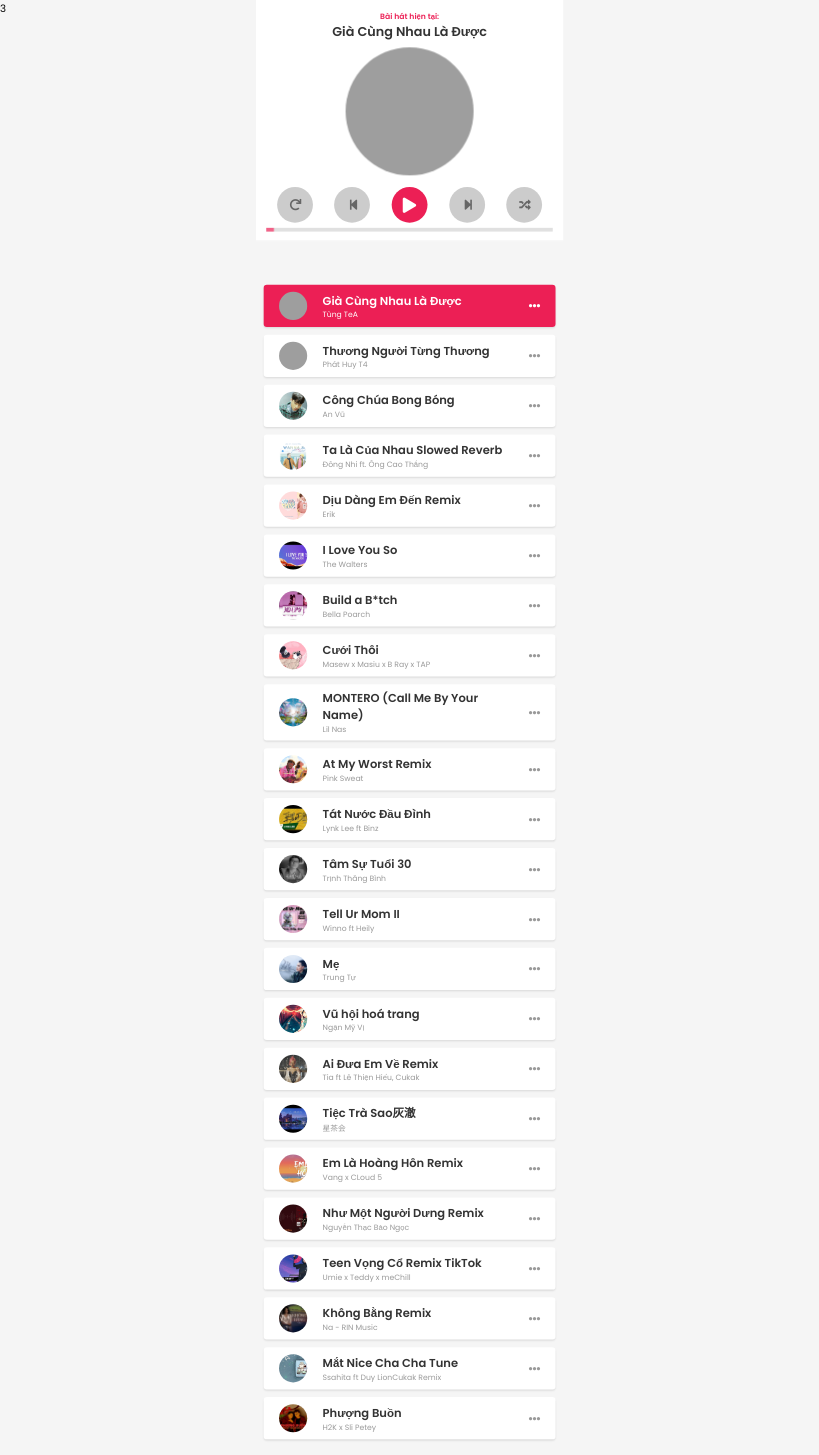
Repository: hopcodedao/music
Page: index.html
An editor plug-in stored every save of this project. The page is shown before and after the next save, followed by the edit.
The browser window is 1280 px wide. The pictures show the whole page, at 64% of full size.
Pictures or frames that could not be fetched are drawn as grey boxes.

Above is the page before, as saved 2022-09-06 21:29:54.
Console error: ReferenceError: _this is not defined

### index.html
3<!DOCTYPE html>
<html lang="en">
<head>
  <meta charset="UTF-8">
  <meta http-equiv="X-UA-Compatible" content="IE=edge">
  <meta name="viewport" content="width=device-width, initial-scale=1.0">
  <title>Hợp Music</title>
  <link rel="stylesheet" href="https://cdnjs.cloudflare.com/ajax/libs/font-awesome/5.15.2/css/all.min.css" integrity="sha512-HK5fgLBL+xu6dm/Ii3z4xhlSUyZgTT9tuc/hSrtw6uzJOvgRr2a9jyxxT1ely+B+xFAmJKVSTbpM/CuL7qxO8w==" crossorigin="anonymous" />
  <link rel="preconnect" href="https://fonts.gstatic.com">
  <link href="https://fonts.googleapis.com/css2?family=Poppins:wght@300;400;600&display=swap" rel="stylesheet">
  <link rel="stylesheet" href="./assets/css/ok.css">
  <link rel="icon" href="./assets/img/iconlogo.png" type="image/x-icon" sizes="192x192">
</head>
<body>

<div class="player">
  <!-- Dashboard -->
  <div class="dashboard">
    <!-- Header -->
    <header>
      <h4>Bài hát hiện tại:</h4>
      <h2>String 57th & 9th</h2>
    </header>

    <!-- CD -->
    <div class="cd">
      <div class="cd-thumb" style="background-image: url('https://i.ytimg.com/vi/jTLhQf5KJSc/maxresdefault.jpg')">
      </div>
    </div>

    <!-- Control -->
    <div class="control">
      <div class="btn btn-repeat">
        <i class="fas fa-redo"></i>
      </div>
      <div class="btn btn-prev">
        <i class="fas fa-step-backward"></i>
      </div>
      <div class="btn btn-toggle-play">
        <i class="fas fa-pause icon-pause"></i>
        <i class="fas fa-play icon-play"></i>
      </div>
      <div class="btn btn-next">
        <i class="fas fa-step-forward"></i>
      </div>
      <div class="btn btn-random">
        <i class="fas fa-random"></i>
      </div>
    </div>

    <input id="progress" class="progress" type="range" value="0" step="1" min="0" max="100">

    <audio id="audio" src=""></audio>
  </div>

  <!-- Playlist -->
  <div class="playlist">

</div>

<script src="app.js"></script>


</body>
</html>

### assets/css/ok.css
:root {
    --primary-color: #ec1f55;
    --text-color: #333;
  }

  * {
    padding: 0;
    margin: 0;
    box-sizing: inherit;
  }

  body {
    background-color: #f5f5f5;
  }

  html {
    box-sizing: border-box;
    font-family: "Poppins", sans-serif;
  }

  .player {
    position: relative;
    max-width: 480px;
    margin: 0 auto;
  }

  .player .icon-pause {
    display: none;
  }

  .player.playing .icon-pause {
    display: inline-block;
  }

  .player.playing .icon-play {
    display: none;
  }

  .dashboard {
    padding: 16px 16px 14px;
    background-color: #fff;
    position: fixed;
    top: 0;
    width: 100%;
    max-width: 480px;
    border-bottom: 1px solid #ebebeb;
  }

  /* HEADER */
  header {
    text-align: center;
    margin-bottom: 10px;
  }

  header h4 {
    color: var(--primary-color);
    font-size: 12px;
  }

  header h2 {
    color: var(--text-color);
    font-size: 20px;
  }

  /* CD */
  .cd {
    display: flex;
    margin: auto;
    width: 200px;
  }

  .cd-thumb {
    width: 100%;
    padding-top: 100%;
    border-radius: 50%;
    background-color: #333;
    background-size: cover;
    margin: auto;
  }

  /* CONTROL */
  .control {
    display: flex;
    align-items: center;
    justify-content: space-around;
    padding: 18px 0 8px 0;
  }

  .control .btn {
    color: #666;
    padding: 18px;
    font-size: 18px;
  }

  .control .btn.active {
    color: var(--primary-color);
  }

  .control .btn-toggle-play {
    width: 56px;
    height: 56px;
    border-radius: 50%;
    font-size: 24px;
    color: #fff;
    display: flex;
    align-items: center;
    justify-content: center;
    background-color: var(--primary-color);
  }

  .progress {
    width: 100%;
    -webkit-appearance: none;
    height: 6px;
    background: #d3d3d3;
    outline: none;
    opacity: 0.7;
    -webkit-transition: 0.2s;
    transition: opacity 0.2s;
  }

  .progress::-webkit-slider-thumb {
    -webkit-appearance: none;
    appearance: none;
    width: 12px;
    height: 6px;
    background-color: var(--primary-color);
    cursor: pointer;
  }

  /* PLAYLIST */
  .playlist {
    margin-top: 408px;
    padding: 12px;
  }

  .song {
    display: flex;
    align-items: center;
    margin-bottom: 12px;
    background-color: #fff;
    padding: 8px 16px;
    border-radius: 5px;
    box-shadow: 0 2px 3px rgba(0, 0, 0, 0.1);
  }

  .song.active {
    background-color: var(--primary-color);
  }

  .song:active {
    opacity: 0.8;
  }

  .song.active .option,
  .song.active .author,
  .song.active .title {
    color: #fff;
  }

  .song .thumb {
    width: 44px;
    height: 44px;
    border-radius: 50%;
    background-size: cover;
    margin: 0 8px;
  }

  .song .body {
    flex: 1;
    padding: 0 16px;
  }

  .song .title {
    font-size: 18px;
    color: var(--text-color);
  }

  .song .author {
    font-size: 12px;
    color: #999;
  }

  .song .option {
    padding: 16px 8px;
    color: #999;
    font-size: 18px;
  }
  .btn.btn-repeat,
  .btn.btn-prev,
  .btn.btn-next,
  .btn.btn-random{
      background-color:#ccc;
    border-radius: 50%;
    width: 56px;
    height: 56px;
    display: flex;
    align-items: center;
    justify-content: flex-end;
  }
  .btn.btn-repeat:hover,
  .btn.btn-prev:hover,
  .btn.btn-next:hover,
  .btn.btn-random:hover
  {
    cursor: pointer;
    background-color:rgb(199, 196, 196);
    border-radius: 50%;
  }

  .btn.btn-toggle-play:hover{
      cursor: pointer;
  }

  .song:hover{
      cursor: pointer;
  }

### app.js
const $ =document.querySelector.bind(document)
const $$ =document.querySelectorAll.bind(document)
const PLAYER_STORAGE_KEY ='MINH_QUAN'

const heading = $('header h2')
const cdThumb = $('.cd-thumb')
const audio = $('#audio')
const cd = $('.cd')
const playBtn = $('.btn-toggle-play')
const player = $('.player')
const progress = $('#progress')
const nextBtn = $('.btn-next')
const prevBtn = $('.btn-prev')
const randomBtn = $('.btn-random')
const repeatBtn = $('.btn-repeat')
const playlist = $('.playlist')

const app = {
    currentIndex: 0,
    isPlaying: false,
    isRandom:false,
    isRepeat:false,
    config: JSON.parse(localStorage.getItem('PLAYER_STORAGE_KEY')) || {},
    songs : [
        {
            name: 'Già Cùng Nhau Là Được',
            singer: 'Tùng TeA',
            path: './assets/songs/Già Cùng Nhau Là Được.mp3',
            image: './assets/img/gcnld.jpg'
        },
        {
            name: 'Thương Người Từng Thương',
            singer: 'Phát Huy T4',
            path: './assets/songs/Thương Người Từng Thương.mp3',
            image: './assets/img/tnkt.jpg'
        },
        {
            name: 'Công Chúa Bong Bóng',
            singer: 'An Vũ',
            path: './assets/songs/Công Chúa Bong Bóng.mp3',
            image: './assets/img/anvu.jpg'
        },
        {
            name: 'Ta Là Của Nhau Slowed Reverb',
            singer: 'Đông Nhi ft. Ông Cao Thắng',
            path: './assets/songs/Ta Là Của Nhau Slowed Reverb.mp3',
            image: './assets/img/talacuanhau.jpg'
        },
        {
            name: 'Dịu Dàng Em Đến Remix',
            singer: 'Erik',
            path: './assets/songs/Dịu Dàng Em Đến  ERIKCukak Remix.mp3',
            image: './assets/img/diudangngayemden.jpg'
        },
        {
            name: 'I Love You So',
            singer: 'The Walters',
            path: './assets/songs/I Love You So .mp3',
            image: './assets/img/0.jpg'
        },
        {
            name: 'Build a B*tch',
            singer: ' Bella Poarch',
            path: './assets/songs/y2mate.com - Build a Btch  Bella Poarch Lyrics  Vietsub .mp3',
            image: './assets/img/buildabitch.jpg'
        },
        {
            name: ' Cưới Thôi',
            singer: 'Masew x Masiu x B Ray x TAP',
            path: './assets/songs/y2mate.com - Cưới Thôi  Masew x Masiu x B Ray x TAP  Lyrics Audio .mp3',
            image: './assets/img/cuoithoi.jpg'
        },
        {
            name: 'MONTERO (Call Me By Your Name) ',
            singer: 'Lil Nas',
            path: './assets/songs/y2mate.com - Lil Nas X  MONTERO Call Me By Your Name Lyrics.mp3',
            image: './assets/img/montero.jpg'
        },
        {
            name: ' At My Worst Remix',
            singer: 'Pink Sweat',
            path: './assets/songs/y2mate.com - Pink Sweat  At My Worst Remix Lyrics Ft Kehlani.mp3',
            image: './assets/img/atmyworst.jpg'
        },
        {
            name: 'Tát Nước Đầu Đình',
            singer: 'Lynk Lee ft Binz',
            path: './assets/songs/y2mate.com - Tát Nước Đầu Đình  Lynk Lee ftBinz Cowvy Mix.mp3',
            image: './assets/img/tatnuocdaudinh.jpg'
        },
        {
            name: ' Tâm Sự Tuổi 30',
            singer: 'Trịnh Thăng Bình',
            path: './assets/songs/y2mate.com - TÂM SỰ TUỔI 30  TRỊNH THĂNG BÌNH  OST ÔNG NGOẠI TUỔI 30.mp3',
            image: './assets/img/tamuuoi30.jpg'
        },
        {
            name: ' Tell Ur Mom II',
            singer: 'Winno ft Heily',
            path: './assets/songs/y2mate.com - Tell Ur Mom II  Winno ft HeilyCukak Remix Audio Lyrics Video.mp3',
            image: './assets/img/tell.jpg'
        },
        {
            name: 'Mẹ',
            singer: 'Trung Tự',
            path: './assets/songs/y2mate.com - Trung Tự  Mẹ  Xa Nhà  BFF Remix Lofi Ver    Dự Án Lofi 02 .mp3',
            image: './assets/img/me.jpg'
        },
        {
            name: 'Vũ hội hoá trang',
            singer: ' Ngận Mỹ Vị',
            path: './assets/songs/y2mate.com - Vietsub Vũ hội hoá trang  Ngận Mỹ Vị   假面舞会  很美味.mp3',
            image: './assets/img/vuhoihoatrang.jpg'
        },
        {
            name: 'Ai Đưa Em Về Remix',
            singer: 'Tia ft Lê Thiện Hiếu, Cukak ',
            path: './assets/songs/y2mate.com - Ai Đưa Em Về  Tia ft Lê Thiện HiếuCukak Remix Audio Lyrics Video.mp3',
            image: './assets/img/aiduaemve.jpg'
        },
        {
            name: 'Tiệc Trà Sao灰澈',
            singer: '星茶会',
            path: './assets/songs/y2mate.com - 星茶会  Tiệc Trà Sao灰澈  Nhạc Douyin.mp3',
            image: './assets/img/tiệctrasao.jpg'
        },
        {
            name: 'Em Là Hoàng Hôn Remix',
            singer: 'Vang x CLoud 5',
            path: './assets/songs/y2mate.com - Em Là Hoàng Hôn Frexs Remix  Vang x CLoud 5  Má Của Em Tựa Hồng Cành Thắm Remix.mp3',
            image: './assets/img/emlahoanghon.jpg'
        },
        {
            name: 'Như Một Người Dưng Remix ',
            singer: 'Nguyễn Thạc Bảo Ngọc',
            path: './assets/songs/y2mate.com - Như Một Người Dưng Remix  từng ngày em vẫn bên anh thế nhưng anh vương vấn điều gì Hot TikTok 2021.mp3',
            image: './assets/img/nhumotnguoidung.jpg'
        },
        {
            name: 'Teen Vọng Cổ Remix TikTok',
            singer: 'Umie x Teddy x meChill',
            path: './assets/songs/y2mate.com - Teen Vọng Cổ Remix TikTok Umie x Teddy x meChill.mp3',
            image: './assets/img/teenvongco.jpg'
        },
        {
            name: 'Không Bằng Remix ',
            singer: 'Na - RIN Music',
            path: './assets/songs/y2mate.com - Nói Với Em Một Lời Trước Khi Xa Rời  Không Bằng RIN Music Remix  Na.mp3',
            image: './assets/img/khongbang.jpg'
        },
        {
            name: 'Mắt Nice Cha Cha Tune ',
            singer: ' Ssahita ft Duy LionCukak Remix',
            path: './assets/songs/y2mate.com - Mắt Nice Cha Cha Tune  Ssahita ft Duy LionCukak Remix Audio Lyrics Video.mp3',
            image: './assets/img/matnai.jpg'
        },
        {
            name: ' Phượng Buồn',
            singer: 'H2K x Sli Petey',
            path: './assets/songs/y2mate.com - Phượng Buồn  H2K x Sli Petey by H2K  VN MIXCLOUD.mp3',
            image: './assets/img/phuongbuon.jpg'
        },
            ],
    setConfig: function (key, value) {
        this.config[key] = value;
        localStorage.setItem(PLAYER_STORAGE_KEY, JSON.stringify(this.config))
    },
    render: function () {
        const htmls = this.songs.map((song, index) => {
            return `
            <div class="song ${index === this.currentIndex ? 'active' : ''}" data-index="${index}">
                <div class="thumb" style="background-image: url('${song.image}')">
                </div>
                <div class="body">
                    <h3 class="title">${song.name}</h3>
                    <p class="author">${song.singer}</p>
                </div>
                <div class="option">
                    <i class="fas fa-ellipsis-h"></i>
                </div>
            </div>
            `
        })
        $('.playlist').innerHTML = htmls.join('')
    },
    defineProperties:function () {
        Object.defineProperty(this, 'currentSong',{
            get: function () {
                return this.songs[this.currentIndex]
            }
        })
    },
    handleEvents: function () {
        const _this = this
        const cdWidth = cd.offsetWidth

        //Xử lý CD quay / dừng
        const cdThumbAnimate = cdThumb.animate([
            {transform: 'rotate(360deg)'}
        ],{
            duration: 10000, //10s
            iterations: Infinity
        })
        cdThumbAnimate.pause()

        //Xử lý phóng to / thu nhỏ CD
        document.onscroll = function () {
            const scrollTop = window.scrollY
            const newCdWidth = cdWidth - scrollTop

            cd.style.width = newCdWidth > 0 ? newCdWidth + 'px' : 0
            cd.style.opacity = newCdWidth / cdWidth

        }

        //Xử lý khi click play
        playBtn.onclick = function() {
            if(_this.isPlaying) {
                audio.pause()
            }else{
                audio.play()
            }
        }

        //Khi song play
        audio.onplay = function () {
            _this.isPlaying = true
            player.classList.add('playing')
            cdThumbAnimate.play()
        }

        //Khi song pause
        audio.onpause = function () {
            _this.isPlaying = false
            player.classList.remove('playing')
            cdThumbAnimate.pause()
        }

        //Khi tiến độ bài hát thay đổi
        audio.ontimeupdate = function () {
            if(audio.duration){
                const progressPercent = Math.floor(audio.currentTime / audio.duration *100)
                progress.value = progressPercent
            }
        }

        //Khi tua song
        progress.onchange = function (e) {
            const seekTime = audio.duration / 100 * e.target.value
            audio.currentTime = seekTime
        }

        //Khi next song
        nextBtn.onclick = function () {
            if (_this.isRandom) {
                _this.playRandomSong()
            } else {
                _this.nextSong()
            }
            audio.play()
            _this.render()
            _this.scrollToActiveSong()
        }
        //Khi prev song
        prevBtn.onclick = function () {
            if (_this.isRandom) {
                _this.playRandomSong()
            } else {
                _this.prevSong()
            }
            audio.play()
            _this.render()
            _this.scrollToActiveSong()
        }
        //Khi random bài hát
        randomBtn.onclick = function () {
            _this.isRandom = !_this.isRandom
            _this.setConfig('isRandom', _this.isRandom)
            randomBtn.classList.toggle('active', _this.isRandom)
        }

        //Phát lại 1 bài hát
        repeatBtn.onclick = function () {
            _this.isRepeat = !_this.isRepeat
            _this.setConfig('isRepeat', _this.isRepeat)
            repeatBtn.classList.toggle('active', _this.isRepeat)
        }

        //Xử lý next song song khi audio ended
        audio.onended = function () {
            if (_this.isRepeat){
                audio.play()
            } else {
                nextBtn.click()
            }
        }
        //Lắng nghe hành vi click vào play list
        playlist.onclick = function (e) {
            const songNode = e.target.closest('.song:not(.active)')
            if(songNode || e.target.closest('.option')) {
                //Xử lý khi click vào song
                 {if (songNode) {
                    _this.currentIndex = Number(songNode.dataset.index)
                    _this.loadCurrentSong()
                    audio.play()
                    _this.render()
                }
                }
                //Xử lý khi click vào option
                if(e.target.closest('.option')){

                }
            }
        }
    },
    scrollToActiveSong: function () {
        if(this.currentIndex === 0){
            document.documentElement.scrollTop = 0
        }
        setTimeout(() =>{
            $('.song.active').scrollIntoView({
                behavior: 'smooth',
                block:'nearest',
            })
        },0)
    },
    loadCurrentSong: function () {
        heading.textContent = this.currentSong.name
        cdThumb.style.backgroundImage = `url('${this.currentSong.image}')`
        audio.src = this.currentSong.path

        console.log(heading, cdThumb, audio)

    },
    loadConfig: function () {
        this.isRandom = this.config.isRandom
        this.isRepeat = this.config.isRepeat
    },
    nextSong: function () {
        this.currentIndex++
        if(this.currentIndex >= this.songs.length ) {
            this.currentIndex = 0
        }
        this.loadCurrentSong()
    },
    prevSong: function () {
        this.currentIndex--
        if(this.currentIndex < 0) {
            this.currentIndex = this.songs.length - 1
        }
        this.loadCurrentSong()
    },
    playRandomSong: function () {
        let newIndex
        do {
            newIndex = Math.floor(Math.random() * this.songs.length)
        } while(newIndex === this.currentIndex)

        this.currentIndex = newIndex
        this.loadCurrentSong()
    },
    start: function () {
        //Gán cấu hình từ cònfig vào app
        // this.loadConfig()

        //Định nghĩa các thuộc tính cho object
        this.defineProperties()

        //Lắng nghe xử lý các sự kiện (DOM event)
        this.handleEvents()


        //Tải thông tin bài hát đầu tiên vào UI khi chạy ứng dụng
        this.loadCurrentSong()

        //Render playlist
        this.render()

        //Hiển thị trạng thái ban đầu của button repeat và ban đầu
        randomBtn.classList.toggle('active', _this.isRandom)
        repeatBtn.classList.toggle('active', _this.isRepeat)
    }
}
app.start()

After the next save:
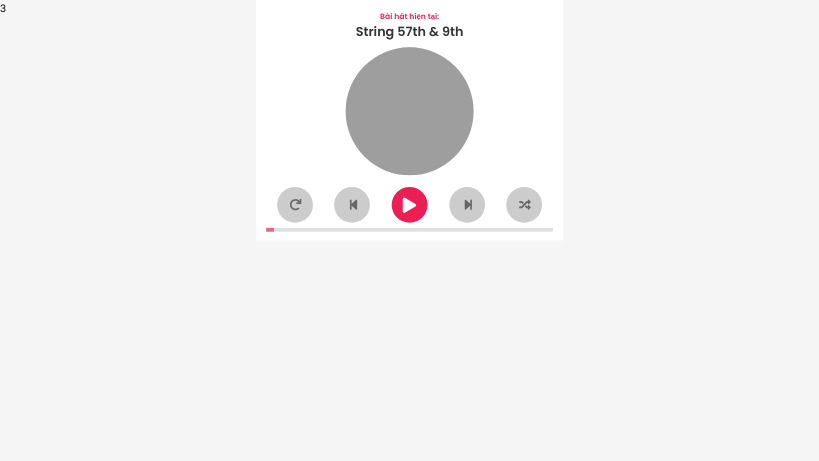
Console error: SyntaxError: Unexpected identifier 'For'
Saved 2 min 4 s later.
--- a/app.js
+++ b/app.js
@@ -22,6 +22,7 @@ const app = {
     isRepeat:false,
     config: JSON.parse(localStorage.getItem('PLAYER_STORAGE_KEY')) || {},
     songs : [
+        Waiting For You
         {
             name: 'Già Cùng Nhau Là Được',
             singer: 'Tùng TeA',
